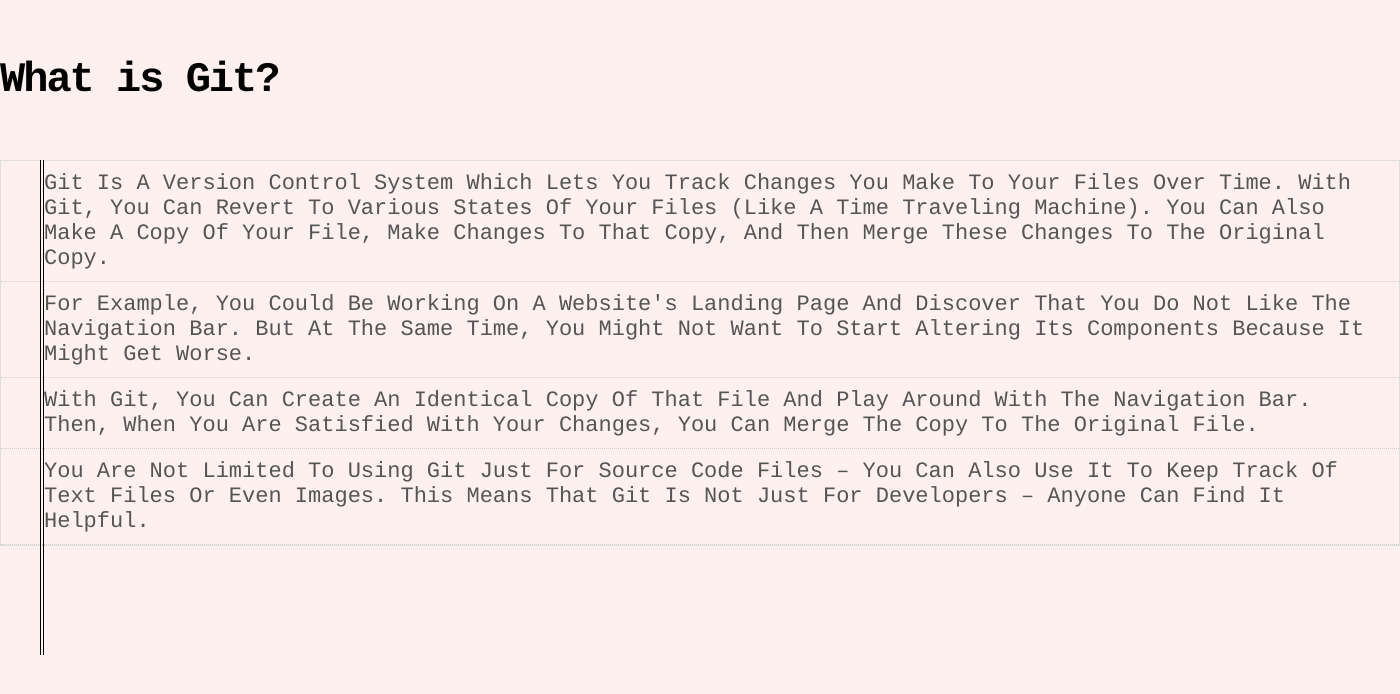
Repository: dev-singh-kanyal/Archive-git_github
Page: src/what is git.html
An editor plug-in stored every save of this project. The page is shown before and after the next save, followed by the edit.
The browser window is 1280 px wide. The page is 1400 px wide, so the pictures cover 1400 px, including what lies to the right of the window. The pictures show the whole page.
Some web fonts or font styles are not loaded; a fallback is used.

Above is the page before, as saved 2022-06-24 16:45:57.

### src/what is git.html
<!DOCTYPE HTML>
<html>

<head>
   <meta charset="UTF-8">
   <title>Git</title>
   <link rel="stylesheet" href="/src/style.css">
   <link href="https://fonts.googleapis.com/css2?family=Reenie+Beanie&display=swap" rel="stylesheet">
</head>

<body>

    <h4>What is Git?</h4>

    <div class="lines"></div>

    <ul class="list">
      <li>Git is a version control system which lets you track changes you make to your files over time. With Git, you can revert to various states of your files (like a time traveling machine). You can also make a copy of your file, make changes to that copy, and then merge these changes to the original copy.</li>
      <li>For example, you could be working on a website's landing page and discover that you do not like the navigation bar. But at the same time, you might not want to start altering its components because it might get worse.</li>
      <li>With Git, you can create an identical copy of that file and play around with the navigation bar. Then, when you are satisfied with your changes, you can merge the copy to the original file.</li>
      <li>You are not limited to using Git just for source code files – you can also use it to keep track of text files or even images. This means that Git is not just for developers – anyone can find it helpful.</li>
    </ul>

</body>
</html>

### src/style.css
body {
    background-color: hsl(0, 100%, 97%);
    width: 1400px;
    margin: 0 auto;
    padding: 0;
  }
  h4 {
    color: #000000;
    font-size: 42px;
    letter-spacing: -2px;
    font-family: courier, monospace;
    text-align: left;
  }
  a {
    text-decoration: none;
    color: inherit;
  }
  .list {
    color: #555;
    /* background-color: peachpuff; */
    font-size: 22px;
    /* font-size: 2rem; */
    padding: 0 !important;
    width: auto;
    /* font-family: 'Reenie Beanie'; */
    font-family: courier, monospace;
    border: 1px solid #dedede;

  }
  .list li {
    list-style: none;
    border-bottom: 1px dotted #ccc;
    /* text-indent: 25px; */
    height: auto;
    padding: 10px;
    text-transform: capitalize;
  }
  .list li:hover {
    background-color: #5a99a3;
    color: white;
    -webkit-transition: all 0.2s;
    -moz-transition:    all 0.2s;
    -ms-transition:     all 0.2s;
    -o-transition:      all 0.2s;
  }
  .lines {
    border-left: 1px solid #000000;
    border-right: 1px solid #000000;
    width: 2px;
    float: left;
    height: 495px;
    margin-left: 40px;

  }

After the next save:
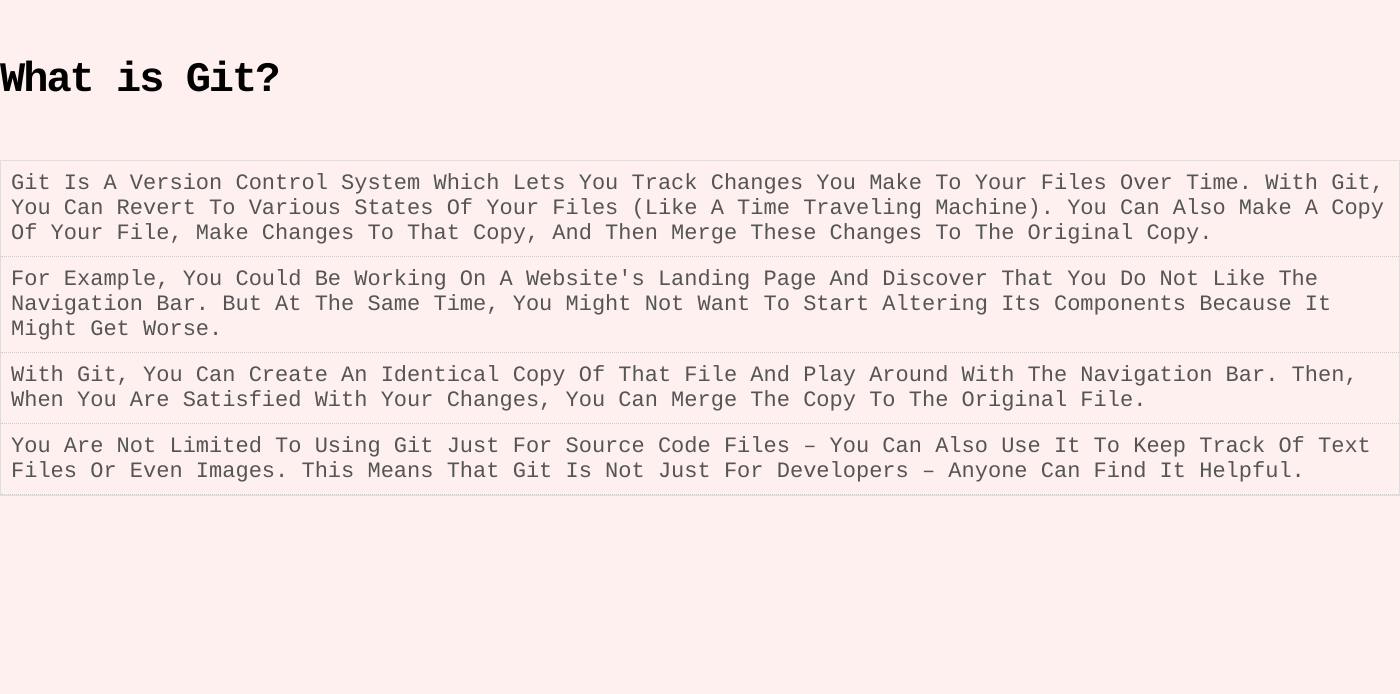
Saved 44 s later.
--- a/src/style.css
+++ b/src/style.css
@@ -48,7 +48,7 @@
     border-right: 1px solid #000000;
     width: 2px;
     float: left;
-    height: 495px;
+    height: auto;
     margin-left: 40px;
 
   }
